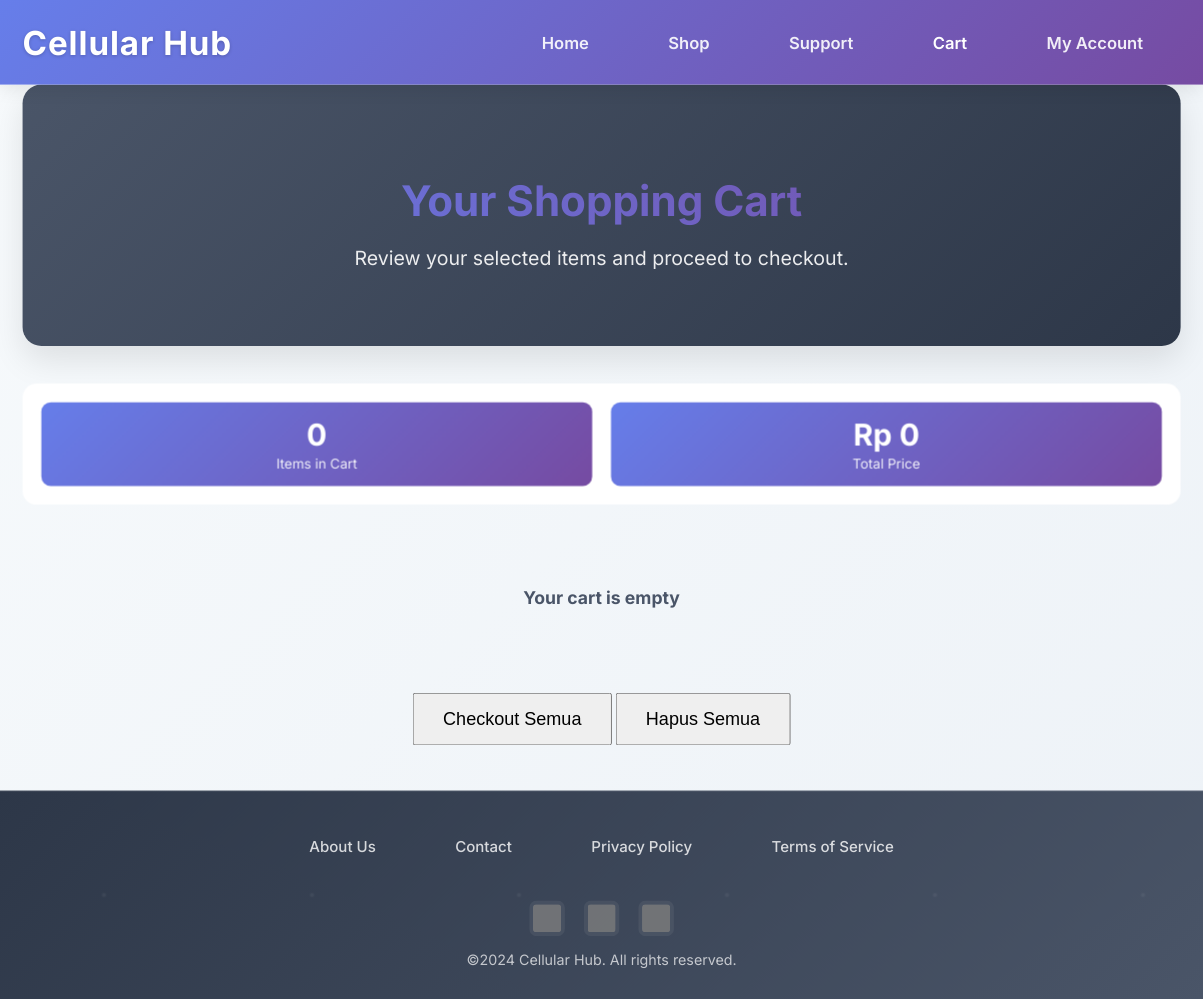
Repository: adrptrp/TP-2_kerja-sama
Page: cart.html
These files come from the project's save history. The page is drawn as it stood at one moment and after the next save; the edit follows.
The browser window is 1280 px wide. The pictures show the whole page, at 94% of full size.
Pictures or frames that could not be fetched are drawn as grey boxes.

Above is the page before, as saved 2025-06-28 18:01:06.

### cart.html
<!DOCTYPE html>
<html lang="id">
<head>
    <meta charset="UTF-8">
    <meta name="viewport" content="width=device-width, initial-scale=1.0">
    <title>Cart - Cellular Hub</title>
    <link rel="stylesheet" href="css/style.css">
    <link href="https://fonts.googleapis.com/css?family=Inter:400,500,600,700&display=swap" rel="stylesheet">
</head>
<body>
    <!-- Header -->
    <header class="header">
        <div class="container header__container">
            <div class="header__logo">Cellular Hub</div>
            <nav class="header__nav">
                <a href="index.html">Home</a>
                <a href="shop.html">Shop</a>
                <a href="support.html">Support</a>
                <a href="cart.html" style="color: white;">Cart</a>
                <a href="#" onclick="checkLoginStatus()">My Account</a>
            </nav>
        </div>
    </header>

    <div class="container">
        <div class="hero-section" style="background: linear-gradient(135deg, #4a5568 0%, #2d3748 100%); color: white; padding: 60px 40px; border-radius: 20px; margin-bottom: 40px; text-align: center; box-shadow: 0 15px 35px rgba(0, 0, 0, 0.1);">
            <h2 style="font-size: 2.8rem; margin-bottom: 15px; background: linear-gradient(45deg, #667eea, #764ba2); -webkit-background-clip: text; -webkit-text-fill-color: transparent; background-clip: text;">Your Shopping Cart</h2>
            <p style="font-size: 1.3rem; opacity: 0.9;">Review your selected items and proceed to checkout.</p>
        </div>

        <div class="stats-section" style="background: rgba(255, 255, 255, 0.95); backdrop-filter: blur(10px); padding: 20px; border-radius: 15px; margin-bottom: 30px; text-align: center;">
            <div class="stats-grid" style="display: grid; grid-template-columns: repeat(auto-fit, minmax(150px, 1fr)); gap: 20px;">
                <div class="stat-item" style="padding: 15px; border-radius: 10px; background: linear-gradient(135deg, #667eea, #764ba2); color: white;">
                    <span class="stat-number" id="totalItems" style="font-size: 2rem; font-weight: bold; display: block;">0</span>
                    <span class="stat-label" style="font-size: 0.9rem; opacity: 0.9;">Items in Cart</span>
                </div>
                <div class="stat-item" style="padding: 15px; border-radius: 10px; background: linear-gradient(135deg, #667eea, #764ba2); color: white;">
                    <span class="stat-number" id="totalPrice" style="font-size: 2rem; font-weight: bold; display: block;">Rp 0</span>
                    <span class="stat-label" style="font-size: 0.9rem; opacity: 0.9;">Total Price</span>
                </div>
            </div>
        </div>

        <div class="phones-grid" id="cartItemsContainer" style="display: grid; grid-template-columns: repeat(auto-fit, minmax(350px, 1fr)); gap: 25px; margin-top: 30px;">
            <!-- Cart items will be dynamically loaded here -->
        </div>
        <div style="text-align: center; margin-top: 30px;">
            <button onclick="proceedToCheckout()" class="primary-btn" style="padding: 15px 30px; font-size: 1.2rem;">Checkout Semua</button>
            <button onclick="removeAllFromCart()" class="delete-btn" style="padding: 15px 30px; font-size: 1.2rem;">Hapus Semua</button>
        </div>
    </div>

    <!-- Footer -->
    <footer class="footer">
        <div class="footer__links">
            <a href="about.html">About Us</a>
            <a href="contact.html">Contact</a>
            <a href="privacy.html">Privacy Policy</a>
            <a href="terms.html">Terms of Service</a>
        </div>
        <div class="footer__copyright">
            <div class="footer__socials">
                <img src="assets/twitter.png" alt="Twitter">
                <img src="assets/facebook.png" alt="Facebook">
                <img src="assets/instagram.png" alt="Instagram">
            </div>
            <span>&copy;2024 Cellular Hub. All rights reserved.</span>
        </div>
    </footer>

    <script src="js/script.js"></script>
    <script>
    function checkLoginStatus() {
      const storedUser = localStorage.getItem('userAccount');
      if (storedUser) {
        const user = JSON.parse(storedUser);
        if (user.isAuthenticated) {
          window.location.href = 'myaccount.html';
        } else {
          alert('Your session has expired. Please log in again.');
          window.location.href = 'myaccount.html?login=true';
        }
      } else {
        alert('Your session has expired. Please log in again.');
        window.location.href = 'myaccount.html?login=true';
      }
    }

    // Format currency
    function formatPrice(price) {
        return new Intl.NumberFormat('id-ID', {
            style: 'currency',
            currency: 'IDR',
            minimumFractionDigits: 0
        }).format(price);
    }

    // Render cart items
    function renderCartItems() {
        const container = document.getElementById('cartItemsContainer');
        const cart = JSON.parse(localStorage.getItem('cart')) || [];

        if (cart.length === 0) {
            container.innerHTML = '<div style="text-align: center; padding: 40px; color: #4a5568;"><h3>Your cart is empty</h3></div>';
            document.getElementById('totalItems').textContent = '0';
            document.getElementById('totalPrice').textContent = formatPrice(0);
            return;
        }

        let total = 0;
        let totalItems = 0;
        const cartItems = cart.map(item => {
            const itemTotal = item.price * item.quantity;
            total += itemTotal;
            totalItems += item.quantity;
            return `
                <div class="phone-card" style="background: rgba(255, 255, 255, 0.95); backdrop-filter: blur(10px); border-radius: 20px; padding: 25px; box-shadow: 0 10px 30px rgba(0, 0, 0, 0.1); transition: all 0.3s ease; border: 1px solid rgba(255, 255, 255, 0.2);">
                    <div class="phone-header" style="display: flex; justify-content: space-between; align-items: flex-start; margin-bottom: 20px;">
                        <div class="phone-name" style="font-size: 1.4rem; font-weight: bold; color: #2d3748;">${item.name}</div>
                        <div class="phone-price" style="background: linear-gradient(135deg, #667eea, #764ba2); color: white; padding: 8px 15px; border-radius: 20px; font-weight: bold; font-size: 0.9rem;">${formatPrice(itemTotal)}</div>
                    </div>
                    <div class="phone-specs" style="display: grid; grid-template-columns: 1fr 1fr; gap: 15px; margin-bottom: 20px;">
                        <div class="spec-item" style="display: flex; flex-direction: column;">
                            <div class="spec-label" style="font-size: 0.8rem; color: #718096; text-transform: uppercase; letter-spacing: 0.5px; margin-bottom: 5px;">Quantity</div>
                            <div class="spec-value" style="font-weight: 600; color: #2d3748; font-size: 0.95rem;">${item.quantity}</div>
                        </div>
                        <div class="spec-item" style="display: flex; flex-direction: column;">
                            <div class="spec-label" style="font-size: 0.8rem; color: #718096; text-transform: uppercase; letter-spacing: 0.5px; margin-bottom: 5px;">Price per Item</div>
                            <div class="spec-value" style="font-weight: 600; color: #2d3748; font-size: 0.95rem;">${formatPrice(item.price)}</div>
                        </div>
                    </div>
                    <button class="add-to-cart-btn" onclick="removeFromCart('${item.name}')" style="background: linear-gradient(135deg, #ff6b6b, #ee5253); color: white; border: none; padding: 10px 20px; border-radius: 10px; cursor: pointer; font-size: 1rem; font-weight: 500; transition: all 0.3s ease;">Remove from Cart</button>
                </div>
            `;
        }).join('');

        container.innerHTML = cartItems;
        document.getElementById('totalItems').textContent = totalItems;
        document.getElementById('totalPrice').textContent = formatPrice(total);
    }

    // Function to remove item from cart
    function removeFromCart(name) {
        let cart = JSON.parse(localStorage.getItem('cart')) || [];
        const index = cart.findIndex(item => item.name === name);
        if (index !== -1) {
            if (cart[index].quantity > 1) {
                cart[index].quantity -= 1;
            } else {
                cart.splice(index, 1);
            }
            localStorage.setItem('cart', JSON.stringify(cart));
            alert(`${name} has been removed from your cart!`);
            renderCartItems();
        }
    }

    // Initialize
    document.addEventListener('DOMContentLoaded', function() {
        renderCartItems();
    });

    // Function to proceed to checkout
    function proceedToCheckout() {
        const cart = JSON.parse(localStorage.getItem('cart')) || [];
        if (cart.length === 0) {
            alert('Your cart is empty. Please add items before proceeding to checkout.');
        } else {
            alert('Proceeding to checkout. You will be redirected to the payment page.');
            // Here you would redirect to a checkout page or payment gateway
            // For now, we'll just simulate a redirect
            window.location.href = 'checkout.html';
        }
    }

    // Function to remove all items from cart
    function removeAllFromCart() {
        if (confirm('Apakah Anda yakin ingin menghapus semua item dari keranjang?')) {
            localStorage.removeItem('cart');
            renderCartItems();
            alert('Semua item telah dihapus dari keranjang.');
        }
    }
    </script>
</body>
</html>

### css/style.css
body {
  font-family: 'Inter', Arial, sans-serif;
  margin: 0;
  background: linear-gradient(135deg, #f7fafc 0%, #edf2f7 100%);
  color: #2d3748;
  min-height: 100vh;
  overflow-x: hidden;
}

.container {
  max-width: 1500px;
  margin: 0 auto;
  padding: 0 24px;
}

.header {
  background: linear-gradient(135deg, #667eea 0%, #764ba2 100%);
  box-shadow: 0 4px 20px rgba(0,0,0,0.1);
  padding: 1.5rem 0;
  position: sticky;
  top: 0;
  z-index: 10;
  backdrop-filter: blur(10px);
}
.header__container {
  display: flex;
  align-items: center;
  justify-content: space-between;
}
.header__logo {
  font-weight: 800;
  font-size: 2.2rem;
  letter-spacing: 1px;
  color: white;
  text-shadow: 0 2px 4px rgba(0,0,0,0.2);
}
.header__nav a {
  margin: 0 1.5rem;
  text-decoration: none;
  color: rgba(255, 255, 255, 0.9);
  font-weight: 600;
  font-size: 1.1rem;
  transition: all 0.3s ease;
  padding: 0.5rem 1rem;
  border-radius: 15px;
  position: relative;
}
.header__nav a:hover {
  color: white;
  background: rgba(255, 255, 255, 0.1);
  transform: translateY(-2px);
}
.header__nav a.active {
  color: white;
  background: rgba(255, 255, 255, 0.2);
  box-shadow: 0 4px 15px rgba(0, 0, 0, 0.1);
}
.header__actions {
  display: flex;
  align-items: center;
  gap: 1.5rem;
}
.header__search {
  padding: 0.75rem 1.5rem;
  border-radius: 25px;
  border: none;
  background: rgba(255, 255, 255, 0.9);
  font-size: 1rem;
  transition: all 0.3s ease;
  box-shadow: 0 4px 15px rgba(0, 0, 0, 0.1);
  backdrop-filter: blur(10px);
}
.header__search:focus {
  outline: none;
  background: white;
  box-shadow: 0 8px 25px rgba(0, 0, 0, 0.15);
  transform: translateY(-2px);
}
.header__search::placeholder {
  color: #718096;
}
.header__user img {
  width: 40px;
  height: 40px;
  border-radius: 50%;
  object-fit: cover;
  border: 2px solid rgba(255, 255, 255, 0.3);
  transition: all 0.3s ease;
  box-shadow: 0 4px 15px rgba(0, 0, 0, 0.1);
}
.header__user img:hover {
  transform: scale(1.1);
  border-color: rgba(255, 255, 255, 0.5);
}

.hero {
  position: relative;
  margin: 2.5rem auto 2.5rem auto;
  max-width: 1300px;
  border-radius: 24px;
  overflow: hidden;
  box-shadow: 0 4px 24px rgba(0,0,0,0.07);
  background: #ffffff;
}
.hero__img {
  width: 100%;
  display: block;
  height: 500px;
  object-fit: cover;
  filter: brightness(0.85);
}
.hero__text {
  position: absolute;
  left: 0;
  bottom: 0;
  width: 100%;
  padding: 3rem 3rem 2.5rem 3rem;
  color: #fff;
  background: linear-gradient(0deg, rgba(0,0,0,0.45) 60%, rgba(0,0,0,0.05) 100%);
}
.hero__text h1 {
  margin: 0 0 0.7rem 0;
  font-size: 2.7rem;
  font-weight: 700;
}
.hero__text p {
  margin: 0;
  font-size: 1.25rem;
  font-weight: 400;
}

.section {
  margin: 3rem auto;
  max-width: 1500px;
  padding: 0 24px;
}

.section h2 {
  font-size: 2rem;
  font-weight: 700;
  margin-bottom: 2rem;
  color: #2d3748;
  text-align: center;
  position: relative;
}

.section h2::after {
  content: '';
  position: absolute;
  bottom: -10px;
  left: 50%;
  transform: translateX(-50%);
  width: 60px;
  height: 3px;
  background: linear-gradient(90deg, #667eea, #764ba2);
  border-radius: 2px;
}

.cards {
  display: grid;
  grid-template-columns: repeat(auto-fit, minmax(280px, 1fr));
  gap: 2rem;
}

.card {
  background: rgba(255, 255, 255, 0.95);
  border-radius: 20px;
  box-shadow: 0 10px 30px rgba(0, 0, 0, 0.1);
  padding: 2rem;
  display: flex;
  flex-direction: column;
  align-items: center;
  transition: all 0.4s cubic-bezier(0.175, 0.885, 0.32, 1.275);
  backdrop-filter: blur(10px);
  border: 1px solid rgba(255, 255, 255, 0.2);
  position: relative;
  overflow: hidden;
}

.card::before {
  content: '';
  position: absolute;
  top: 0;
  left: 0;
  right: 0;
  height: 4px;
  background: linear-gradient(90deg, #667eea, #764ba2, #f093fb);
  transform: scaleX(0);
  transition: transform 0.3s ease;
}

.card:hover {
  transform: translateY(-10px) scale(1.02);
  box-shadow: 0 20px 40px rgba(0, 0, 0, 0.15);
}

.card:hover::before {
  transform: scaleX(1);
}

.card img {
  width: 200px;
  height: 300px;
  object-fit: contain;
  margin-bottom: 1.5rem;
  border-radius: 15px;
  background: linear-gradient(135deg, #f7fafc 0%, #edf2f7 100%);
  padding: 1rem;
  transition: all 0.3s ease;
}

.card:hover img {
  transform: scale(1.05);
}

.card h3 {
  margin: 0.5rem 0 1rem 0;
  font-size: 1.3rem;
  font-weight: 700;
  color: #2d3748;
}

.card p {
  margin: 0;
  font-size: 1rem;
  color: #718096;
  text-align: center;
  line-height: 1.6;
}

.footer {
  background: linear-gradient(135deg, #2d3748 0%, #4a5568 100%);
  border-top: 1px solid rgba(255, 255, 255, 0.1);
  margin-top: 3rem;
  padding: 3rem 0 2rem 0;
  text-align: center;
  position: relative;
}

.footer::before {
  content: '';
  position: absolute;
  top: 0;
  left: 0;
  right: 0;
  bottom: 0;
  background: url('data:[embedded picture, 297 characters]');
  pointer-events: none;
}

.footer__links {
  margin-bottom: 2rem;
  position: relative;
  z-index: 1;
}

.footer__links a {
  margin: 0 1.5rem;
  color: rgba(255, 255, 255, 0.8);
  text-decoration: none;
  font-size: 1rem;
  font-weight: 500;
  transition: all 0.3s ease;
  padding: 0.5rem 1rem;
  border-radius: 15px;
}

.footer__links a:hover {
  color: white;
  background: rgba(255, 255, 255, 0.1);
  transform: translateY(-2px);
}

.footer__copyright {
  display: flex;
  flex-direction: column;
  align-items: center;
  gap: 1rem;
  font-size: 0.95rem;
  color: rgba(255, 255, 255, 0.7);
  position: relative;
  z-index: 1;
}

.footer__socials {
  margin-top: 1rem;
}

.footer__socials img {
  width: 30px;
  height: 30px;
  margin: 0 0.5rem;
  vertical-align: middle;
  filter: brightness(0.8);
  opacity: 0.8;
  transition: all 0.3s ease;
  border-radius: 8px;
  padding: 0.25rem;
  background: rgba(255, 255, 255, 0.1);
}

.footer__socials img:hover {
  filter: brightness(1);
  opacity: 1;
  transform: translateY(-2px) scale(1.1);
  background: rgba(255, 255, 255, 0.2);
}

@media (max-width: 1000px) {
  .hero {
    max-width: 98vw;
  }
  .hero__img {
    height: 400px;
  }
  .hero__text {
    padding: 2rem 2rem 1.5rem 2rem;
  }
  .hero__text h1 {
    font-size: 2.2rem;
  }
  .hero__text p {
    font-size: 1.1rem;
  }
}

@media (max-width: 800px) {
  .container, .section {
    padding: 0 20px;
  }
  .hero__text {
    padding: 1.5rem 1.5rem 1rem 1.5rem;
  }
  .hero__img {
    height: 300px;
  }
  .section h2 {
    font-size: 1.6rem;
  }
  .cards {
    grid-template-columns: repeat(auto-fit, minmax(250px, 1fr));
    gap: 1.5rem;
  }
}

@media (max-width: 600px) {
  .header__container {
    flex-direction: column;
    gap: 1rem;
  }
  .hero {
    max-width: 100vw;
  }
  .section {
    margin: 2rem auto;
  }
  .cards {
    grid-template-columns: 1fr;
    gap: 1.5rem;
  }
  .footer__links a {
    margin: 0 0.8rem;
    font-size: 0.9rem;
  }
  .card img {
    width: 180px;
    height: 250px;
  }
  .section h2 {
    font-size: 1.4rem;
  }
}

.hero.hero--full {
  position: relative;
  left: 50%;
  right: 50%;
  margin-left: -50vw;
  margin-right: -50vw;
  width: 100vw;
  min-width: 100vw;
  max-width: 100vw;
  box-sizing: border-box;
  min-height: 80vh;
  padding: 0;
  border-radius: 0;
  display: flex;
  align-items: center;
  justify-content: center;
  text-align: center;
  background: linear-gradient(135deg, #667eea 0%, #764ba2 100%);
  overflow: hidden;
  z-index: 1;
}

.hero__bg {
  position: absolute;
  top: 0;
  left: 0;
  right: 0;
  bottom: 0;
  background: url('data:[embedded picture, 296 characters]');
  pointer-events: none;
}

.hero__center {
  position: relative;
  z-index: 1;
  max-width: 800px;
  padding: 0 2rem;
}

.hero__center h1 {
  font-size: 4rem;
  font-weight: 800;
  margin-bottom: 1.5rem;
  color: white;
  text-shadow: 0 4px 8px rgba(0,0,0,0.3);
  background: linear-gradient(45deg, #fff, #f0f0f0);
  -webkit-background-clip: text;
  -webkit-text-fill-color: transparent;
  background-clip: text;
}

.hero__center p {
  font-size: 1.4rem;
  margin-bottom: 2.5rem;
  color: rgba(255, 255, 255, 0.9);
  line-height: 1.6;
}

.hero__btn {
  display: inline-block;
  padding: 1.2rem 3rem;
  background: linear-gradient(135deg, #48bb78 0%, #38a169 100%);
  color: white;
  text-decoration: none;
  border-radius: 25px;
  font-weight: 700;
  font-size: 1.1rem;
  transition: all 0.3s ease;
  box-shadow: 0 8px 25px rgba(72, 187, 120, 0.3);
  position: relative;
  overflow: hidden;
}

.hero__btn::before {
  content: '';
  position: absolute;
  top: 0;
  left: -100%;
  width: 100%;
  height: 100%;
  background: linear-gradient(90deg, transparent, rgba(255,255,255,0.2), transparent);
  transition: left 0.5s ease;
}

.hero__btn:hover {
  transform: translateY(-3px);
  box-shadow: 0 12px 35px rgba(72, 187, 120, 0.4);
  color: white;
}

.hero__btn:hover::before {
  left: 100%;
}

html, body {
  margin: 0;
  padding: 0;
  width: 100%;
  box-sizing: border-box;
  overflow-x: hidden;
}

### js/script.js
// Efek interaktif: Filter produk berdasarkan input search

document.addEventListener('DOMContentLoaded', function() {
  const searchInput = document.querySelector('.header__search');
  const cardSections = [
    document.querySelector('.featured .cards'),
    document.querySelector('.arrivals .cards')
  ];

  if (searchInput) {
    searchInput.addEventListener('input', function(e) {
      const query = e.target.value.toLowerCase();
      cardSections.forEach(section => {
        if (!section) return;
        const cards = section.querySelectorAll('.card');
        cards.forEach(card => {
          const text = card.textContent.toLowerCase();
          if (text.includes(query)) {
            card.style.display = '';
          } else {
            card.style.display = 'none';
          }
        });
      });
    });
  }
});

After the next save:
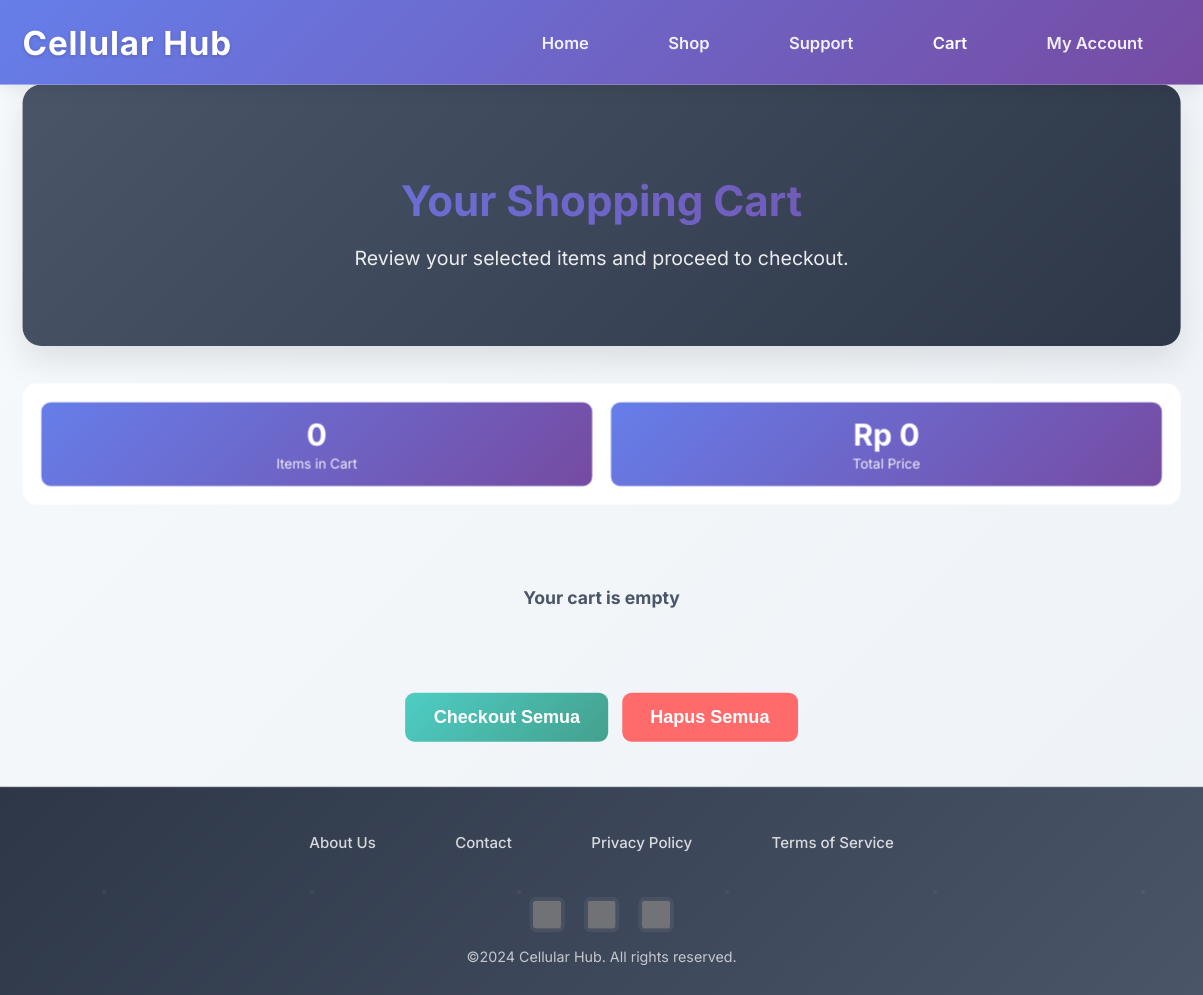
Saved 2 min 29 s later.
--- a/cart.html
+++ b/cart.html
@@ -6,6 +6,28 @@
     <title>Cart - Cellular Hub</title>
     <link rel="stylesheet" href="css/style.css">
     <link href="https://fonts.googleapis.com/css?family=Inter:400,500,600,700&display=swap" rel="stylesheet">
+    <style>
+        .primary-btn {
+            background: linear-gradient(135deg, #4ecdc4, #44a08d);
+            color: white;
+            border: none;
+            border-radius: 10px;
+            cursor: pointer;
+            font-weight: 600;
+            transition: all 0.3s ease;
+        }
+
+        .delete-btn {
+            background: #ff6b6b;
+            color: white;
+            border: none;
+            border-radius: 10px;
+            cursor: pointer;
+            font-weight: 600;
+            margin-left: 10px;
+            transition: all 0.3s ease;
+        }
+    </style>
 </head>
 <body>
     <!-- Header -->
